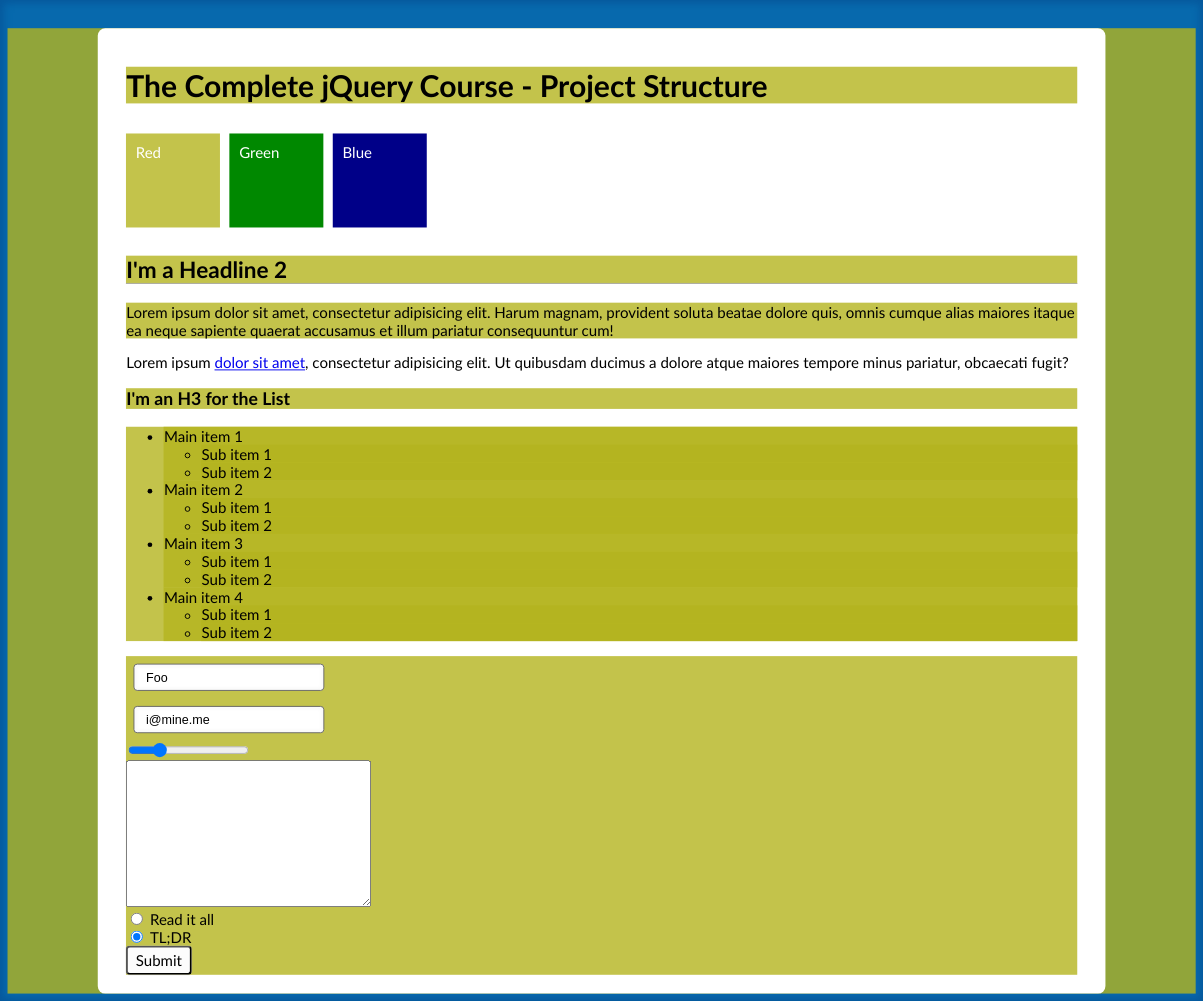
Repository: vpriyankaprabhu/Jquery-examples
Page: 05/changing-css-styles/index.html
These files come from the project's save history. The page is drawn as it stood at one moment and after the next save; the edit follows.
The browser window is 1280 px wide. The pictures show the whole page, at 94% of full size.

Above is the page before, as saved 2024-12-30 13:11:06.

After the next save:
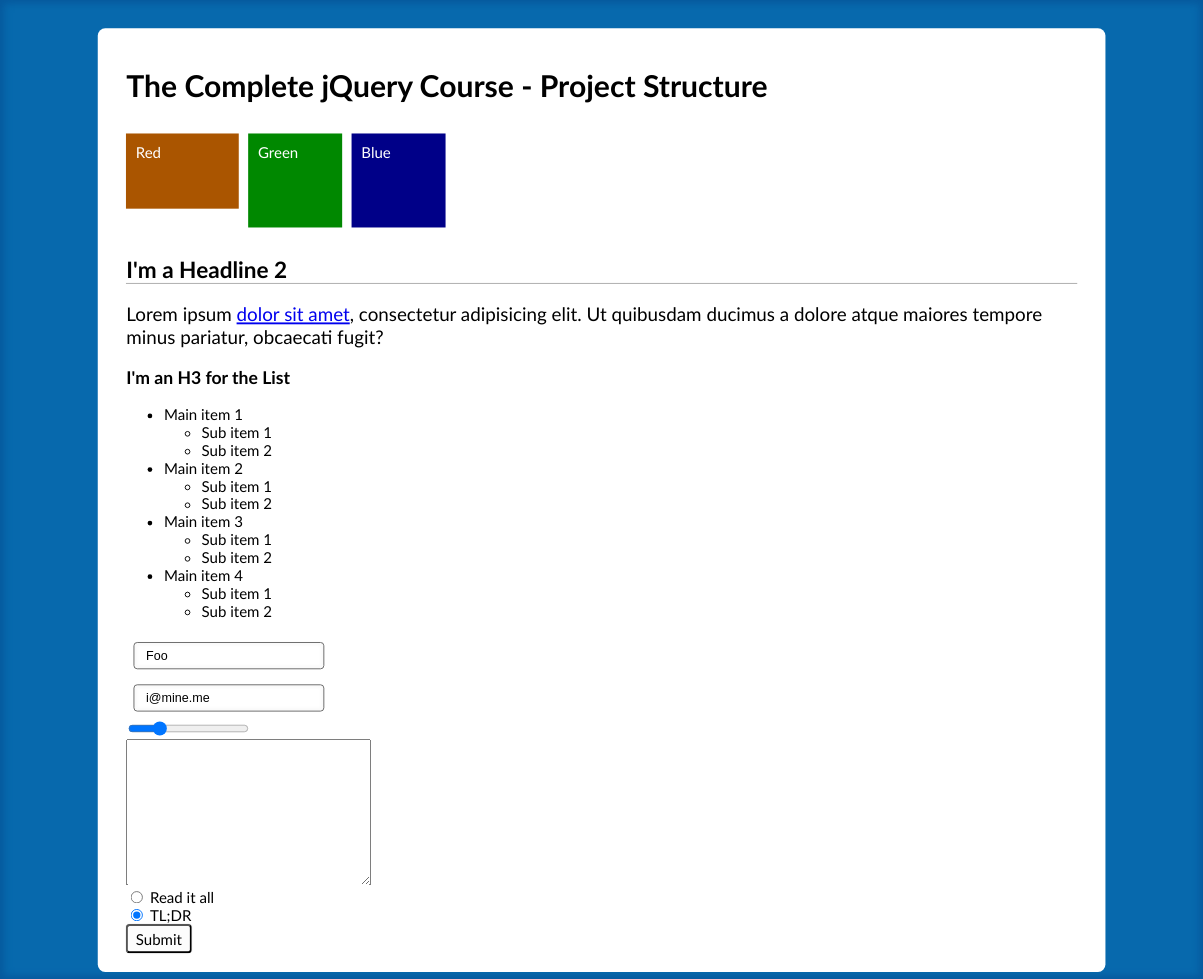
Saved 8 s later.
--- a/05/changing-css-styles/js/script.js
+++ b/05/changing-css-styles/js/script.js
@@ -1,48 +1,41 @@
 $(function () {
 
-  // NOTE: Some of the selectors below overlap. To see the exact effect of one
-  // of them, please comment out all others.
+  // To retrieve or set the value of a CSS property, you can use css().
+  // This works similar to attr() and prop(): pass one argument to read
+  // or two arguments to set a new value.
 
-  // Select the #list and find all <li> tags it contains
-  // This contains even indirect children further down in the hierarchy
-  var items = $("#list").find("li");
-  highlight(items);
+  // For instance, you can achieve the same as with hide() like this:
+  $("p:first").css("display", "none");
 
-  // Select the #list and find only <li> that are *direct* children
-  // Note that this will still produce a yellow background around the whole list
-  // because the direct children <li> have enough height to contain their children
-  // var children = $("#list").children("li");
-  // highlight(children);
+  // Let's read the width property of .red-box:
+  var redBox = $(".red-box");
+  console.log(redBox.css("width"));  // 80px
+  // To get the width or height without unit, you can use width() and height():
+  console.log(redBox.width());  // 80
 
-  // Search for even non-direct parents
-  var body = $("#list").parents("body");
-  highlight(body);
+  // You can change any CSS property in this simple way.
+  redBox.css("background-color", "#AA5500");
+  $("p").css("font-size", "20px");
 
-  // Select the (unique) direct parent of an element
-  var content = $("#list").parent();
-  // highlight(content);
+  // You can even change the value of a property relative to its previous value
+  redBox.css("width", "+=20px");
+  redBox.css("height", "-=20px");
 
-  // Search through siblings on the same level in the HTML hierarchy
-  var siblingHeadlines = $("#list").siblings(":header");
-  highlight(siblingHeadlines);
+  // Also, you can retrieve multiple values by passing an array as the argument
+  var properties = $("p").css(["font-size", "line-height", "color"]);
+  // The result is an object containing all values
+  console.log(properties);
+  console.log(properties["font-size"]);  // 20px
 
-  // Select the previous sibling of a selected element
-  var previous = $("#list").prev();
-  highlight(previous);
-
-  // Select the next sibling of a selected element
-  var next = $("#list").next();
-  highlight(next);
-
-  var headerNextElements = $(":header").next();
-  highlight(headerNextElements);
-
-  var passwordInputElements = $("input[type=password]");
-  highlight(passwordInputElements);
+  // In line with jQuery's other function, you can also use a callback function
+  // instead of passing in a new value directly.
+  // This example also demonstrates that jQuery automatically uses the correct
+  // vendor prefix for the CSS property depending on the browser, which is
+  // -moz-user-select in this case.
+  // You can see that in the Developer Tools (F12 in browser) in the Inspector tab.
+  redBox.css("user-select", function() {
+    // [some logic here...]
+    return "none";
+  });
 
 });
-
-// Helper function which highlights the given element with yellow background
-function highlight(element) {
-  element.css("background-color", "rgba(180, 180, 30, 0.8)");
-}
